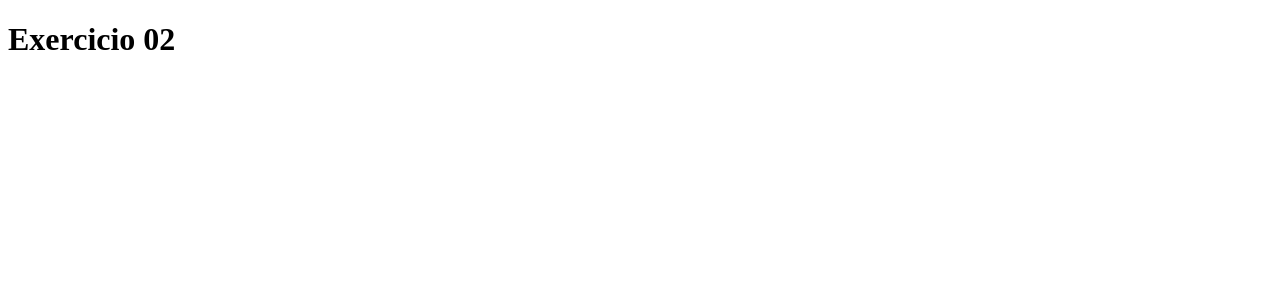
Repository: Fabio2000/Faculdade-Projetos
Page: http://localhost/exercicios/Exe02.jsp
These files come from the project's save history. The page is drawn as it stood at one moment and after a run of saves; the edit follows.
The browser window is 1280 px wide. The pictures show the whole page.
The page is served by Tomcat 9.

Above is the page before, as saved 2022-09-11 02:50:02.

After the next 2 saves:
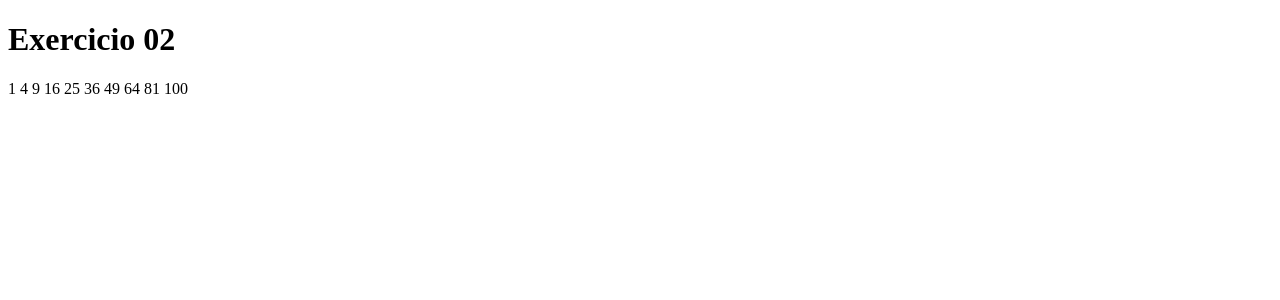
The 2 saves are shown as one change because they came seconds apart.
The last was saved 22 s later.
--- a/exercicios/src/main/webapp/Exe02.jsp
+++ b/exercicios/src/main/webapp/Exe02.jsp
@@ -12,6 +12,7 @@
 	<p><%
 	for(int primeiro = 1; primeiro <=10; primeiro++){
 		int resultado = primeiro * primeiro;
+		out.println(resultado);
 	}
 	%></p>
 </body>

After the 6 saves that followed:
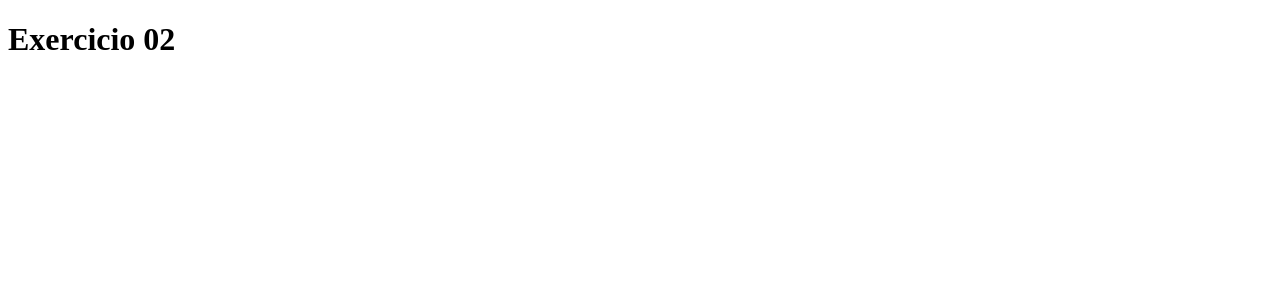
The 6 saves are shown as one change because 4 did not build or start and 1 left the picture as it was.
The last was saved 11 min 4 s later.
--- a/exercicios/src/main/webapp/Exe02.jsp
+++ b/exercicios/src/main/webapp/Exe02.jsp
@@ -10,10 +10,7 @@
 <body>
 	<h1>Exercicio 02</h1>
 	<p><%
-	for(int primeiro = 1; primeiro <=10; primeiro++){
-		int resultado = primeiro * primeiro;
-		out.println(resultado);
-	}
+
 	%></p>
 </body>
 </html>
